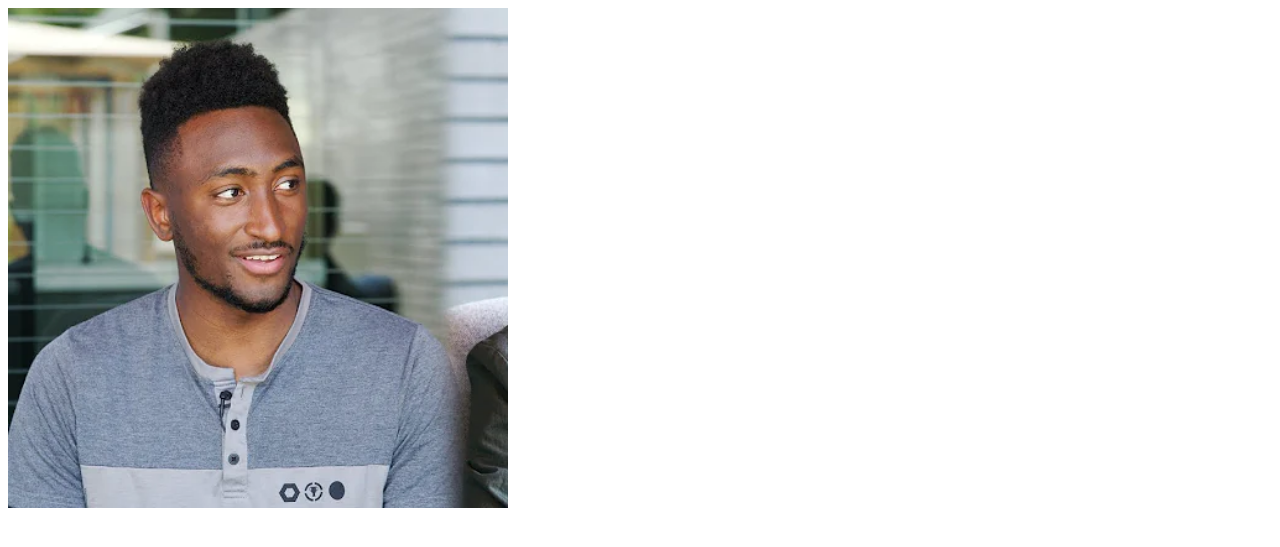
Repository: RagulRanjeeth/Frontend
Page: CloneYoutube/index.html
An editor plug-in stored every save of this project. The page is shown before and after the next save, followed by the edit.
The browser window is 1280 px wide. The pictures show the whole page.

Above is the page before, as saved 2026-01-22 13:58:48.

### CloneYoutube/index.html
<!DOCTYPE html>
<html>
    <head><title>Youtube Clone</title>
    <link rel="stylesheet" href="Styles.css"></head>
    <body>
        <img class="Thumbnails" src="Thumbnails/thumbnail-1.webp">
    </body>
</html>

### CloneYoutube/Styles.css
.Thumbnails{
    width: 500px;
    height: 500px;
    object-fit: cover;
    object-position:left;
}

After the next save:
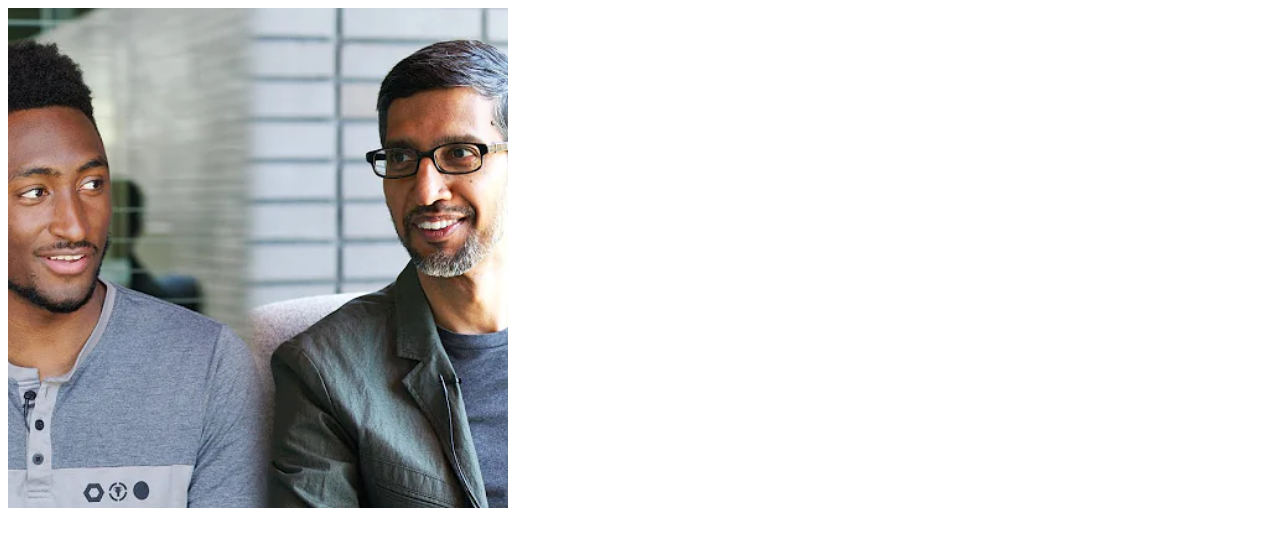
Saved 18 s later.
--- a/CloneYoutube/Styles.css
+++ b/CloneYoutube/Styles.css
@@ -2,5 +2,5 @@
     width: 500px;
     height: 500px;
     object-fit: cover;
-    object-position:left;
+    object-position:center;
 }
